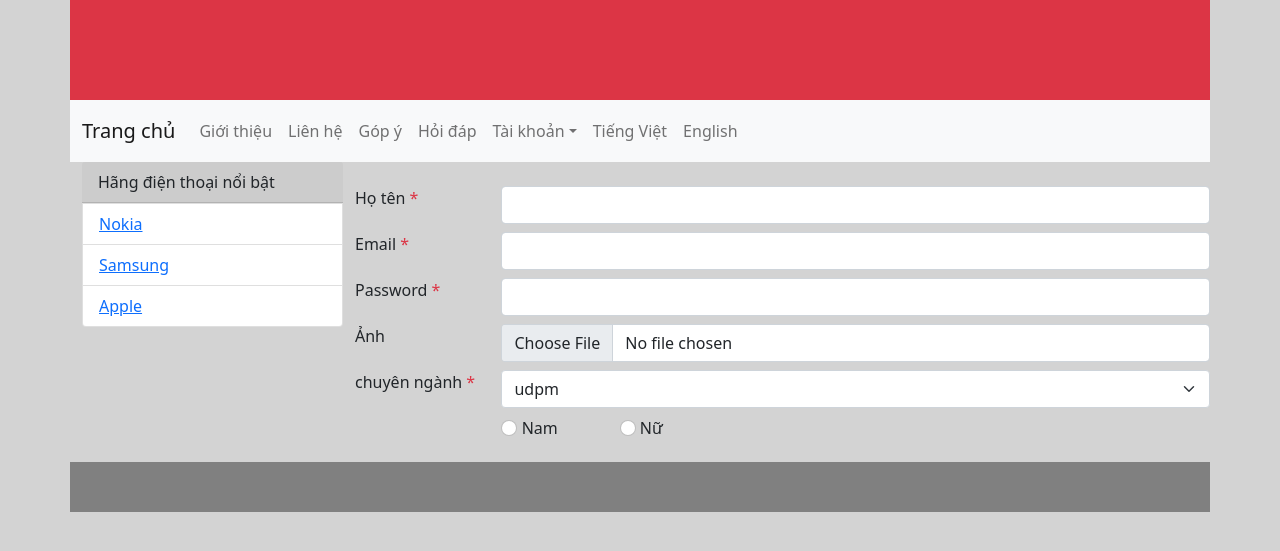
Repository: minhtu5502/fontendFamework
Page: day1 copy/index.html
These files come from the project's save history. The page is drawn as it stood at one moment and after a run of saves; the edit follows.
The browser window is 1280 px wide. The pictures show the whole page.

Above is the page before, as saved 2022-01-11 14:22:48.

After the next 2 saves:
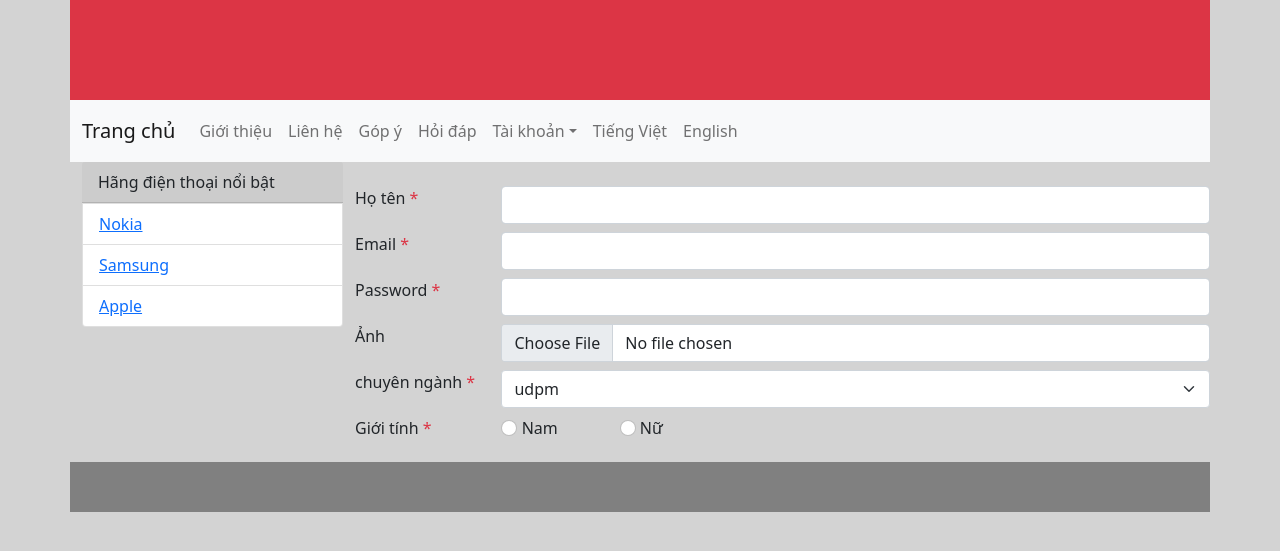
The 2 saves are shown as one change because they came seconds apart.
The last was saved 7 s later.
--- a/day1 copy/index.html
+++ b/day1 copy/index.html
@@ -121,7 +121,7 @@
 
                         </div>
                         <div class="mt-2 row">
-                            <label for="" class="col-2"></label>
+                            <label for="" class="col-2">Giới tính <span class="text-danger">*</span></label>
                             <div class="col-10 row">
                                 <div class="col-2">
                                     <input type="radio" name="gioitinh" id="gioitinhNam" value="Nam" class="form-check-input" />
